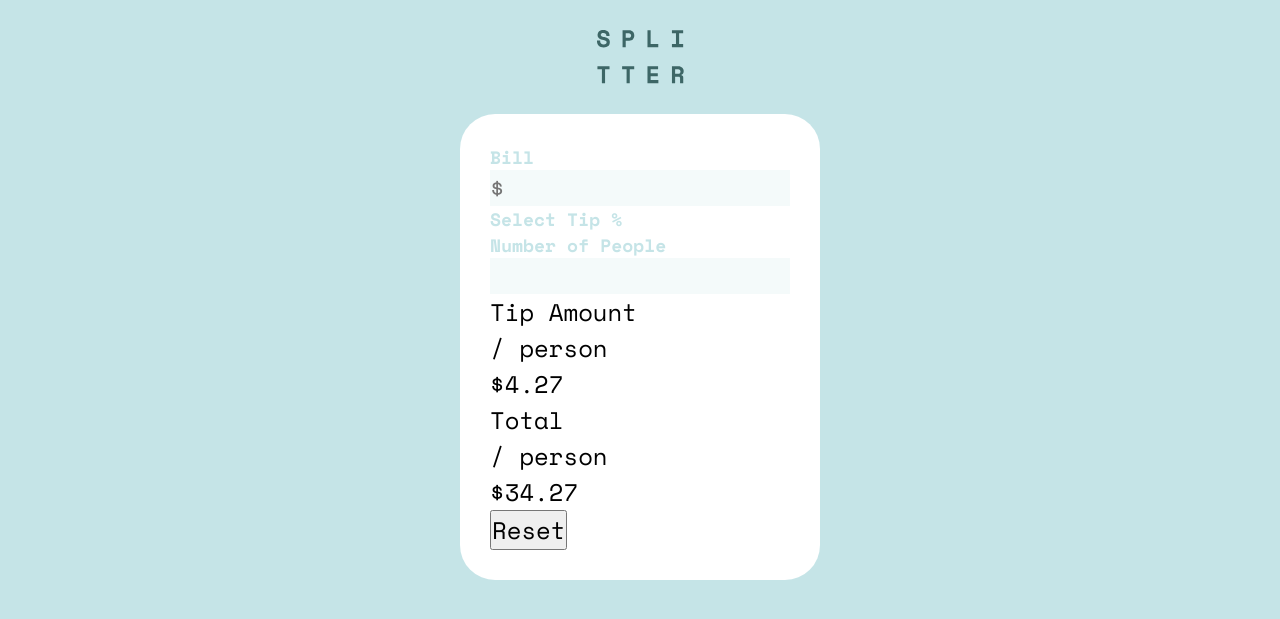
Repository: tomas938/tipcalculator
Page: /
These files come from the project's save history. The page is drawn as it stood at one moment and after the next save; the edit follows.
The browser window is 1280 px wide. The pictures show the whole page.
The project was rebuilt for these pictures with package versions that can differ from the ones it lists, and the page was loaded fresh each time.

Above is the page before, as saved 2021-08-03 22:05:15.

After the next save:
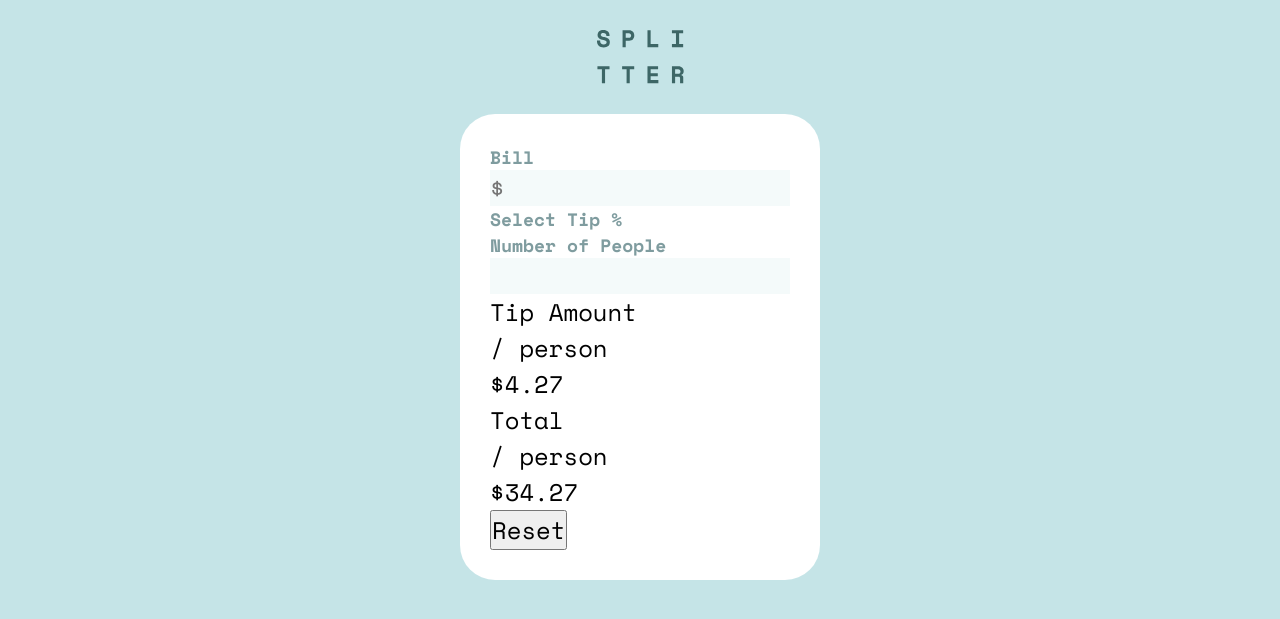
Saved 7 s later.
--- a/src/components/Splitter.vue
+++ b/src/components/Splitter.vue
@@ -71,6 +71,6 @@ input {
 }
 h3 {
 	font-size: 18px;
-	color: hsl(185, 41%, 84%);
+	color: hsl(184, 14%, 56%);
 }
 </style>
